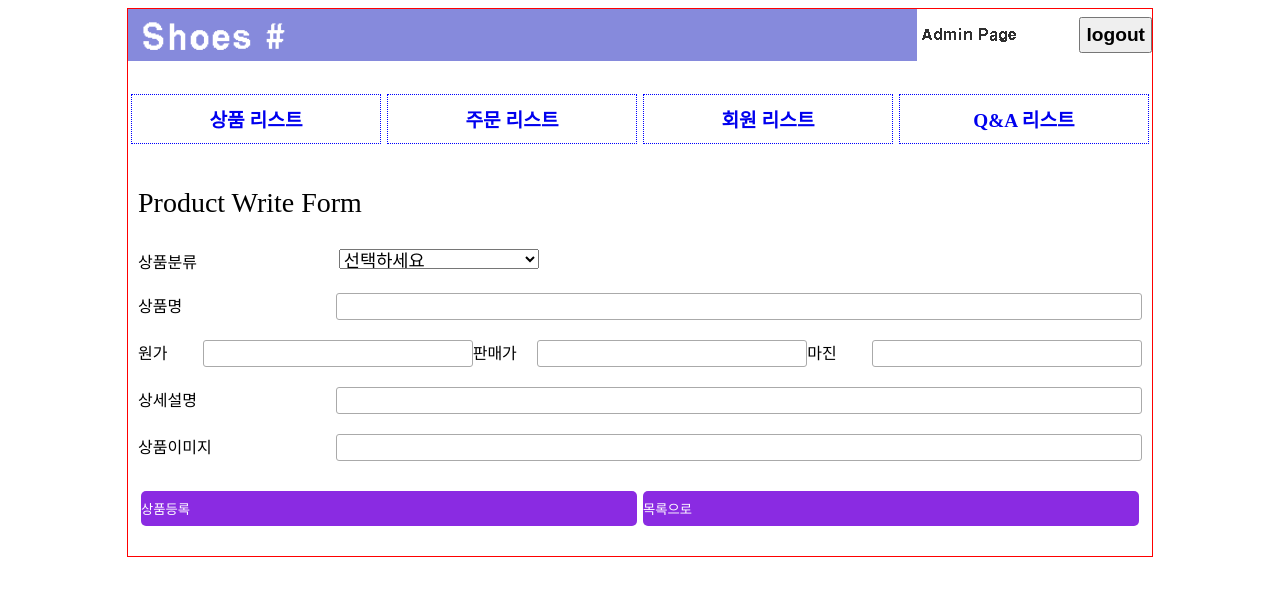
Repository: kkm41/SQL
Page: http://localhost/WEB12_ShoesShop/admin/product/productWrite.jsp
These files come from the project's save history. The page is drawn as it stood at one moment and after the next save; the edit follows.
The browser window is 1280 px wide. The pictures show the whole page.
The page is served by Tomcat 10. Other server files are loaded and not shown. The template is opened directly, without the code that normally fills it, so the values that code supplies are empty.

Above is the page before, as saved 2024-05-23 07:36:53.

### workspace/WEB12_ShoesShop/src/main/webapp/admin/product/productWrite.jsp
<%@ page language="java" contentType="text/html; charset=UTF-8"
    pageEncoding="UTF-8"%>
<%@include file="/admin/header.jsp" %>
<%@include file="/admin/sub_menu.jsp" %>

<article>
	<form>
		<h2>Product Write Form</h2>
					<div class="field">
						<label>상품분류</label>
						<div>
							<select name="kind" style="width:200px; height:20px; font-size:110%;">
								<option value="">선택하세요</option>
								<c:forEach items="${kindList}" var="kind" varStatus="status">
								<option value="${status.count}">${kind}</option>
								</c:forEach>
							</select>
						</div>
					</div>
					<div class="field">
						<label>상품명</label>
						<input type="text" name=""/>
					</div>
					<div class="field">
						<label>원가</label>
						<input type="text" name=""/>
						<label>판매가</label>
						<input type="text" name=""/>
						<label>마진</label>
						<input type="text" name=""/>
					</div>
					<div class="field">
					<label>상세설명</label>
						<input type="text" name=""/>
					</div>
					<div class="field">
					<label>상품이미지</label>
						<input type="text" name=""/>
					</div>
					<div class="btn">
						<input type="btn" type="button" value="상품등록" onClick="go_save()">
						<input type="btn" type="button" value="목록으로"
						onClick="location.href='shop.do?command=adminProductList'">

					</div>
		</form>
</article>

### workspace/WEB12_ShoesShop/src/main/webapp/admin/header.jsp
<%@ page language="java" contentType="text/html; charset=UTF-8"
    pageEncoding="UTF-8"%>
<%@taglib prefix="c" uri="http://java.sun.com/jsp/jstl/core"%>
<%@taglib prefix="fmt" uri="http://java.sun.com/jsp/jstl/fmt"%>
<!DOCTYPE html>
<html>
<head>
<meta charset="UTF-8">
<title>Insert title here</title>
<link rel="stylesheet" href="admin/css/admin.css">
<script src="admin/script/admin.js"></script>
</head>
<body>

<div id="wrap">
	<header>
		<div id="logo">
			<img style="width:800px" src="admin/images/bar_01.gif">
			<img src="admin/images/text.gif">
			<input class="btn" type="button" value="logout" style="float:right;"
				onClick="location.href='shop.do?command=adminLogout'">
		</div>
	</header>

### workspace/WEB12_ShoesShop/src/main/webapp/admin/sub_menu.jsp
<%@ page language="java" contentType="text/html; charset=UTF-8"
    pageEncoding="UTF-8"%>
<meta charset="UTF-8">

<nav id="sub_menu">
	<div><a href="shop.do?command=adminProductList">상품 리스트</a></div>
	<div><a href="shop.do?command=adminOrderList">주문 리스트</a></div>
	<div><a href="shop.do?command=adminMemberList">회원 리스트</a></div>
	<div><a href="shop.do?command=adminQnaList">Q&A 리스트</a></div>
</nav>

### workspace/WEB12_ShoesShop/src/main/webapp/admin/css/admin.css
@charset "UTF-8";


#wrap{width:100%; max-width:1024px; margin: 0 auto; border:1px solid red;
display:flex; flex-direction:column;}

a{text-decoration:none;}

article{
   /*border:2px solid dimgray;
   margin:2px;*/
   flex:4;
   display: flex;

}

article form{
   flex:1;
   /*border:2px solid red;
   margin:2px;*/
   display: flex;
   flex-direction: column;
}

article form h2{
   margin:0;
   margin-bottom:20px;
   font-weight: normal;
   font-size: 28px;
}

article form{padding:10px;}

article form .field{
   display: flex;
   margin:10px 0;
}
article form .field label{
   flex:1;
}
article form .field input{
   flex:4;
   padding: 5px;
    border-radius: 3px;
    border: 1px solid #AAA;
}

article form .field div{
   flex:4;
   display: flex;
}
article form .field div input[type=text]{
   flex:4;
}
article form .field div input[type=button]{
   flex:1;
}






article form .btn{
   flex:1;
   display: flex;
   margin:10px 0;
}
article form .btn input{
   flex:1;
   margin:10px 3px;
   background-color: blueviolet;
   border:none;
   color:white;
   border-radius: 5px;
   padding:10px 0;
}


header{width:100%; margin-bottom:30px;}
#logo{width:100%; display:flex; justify-content:space-between; align-items:center;}
#logo img{vertical-align:middle;}
#logo input{padding:5px; font-weight:bold; font-size:120%;}

#sub_menu{display:flex; justify-content:space-between; align-items:center; margin-bottom:30px;}
#sub_menu div{flex:1; text-align:center; padding:10px; border:1px dotted blue; margin:3px;}
#sub_menu div a{font-size:120%; font-weight:bold; text-decoration:none;}

.tb{width:100%; display:flex; flex-direction:column; margin-bottom:30px;}
.row{display:flex;}
.coltitle{background:blueviolet; margin:1px; padding:10px; color:white; text-align:center;}
.col{flex:1; border:1px dotted blueviolet; margin:1px; padding:10px; text-align:center;}

.coltitle:nth-child(1), .col:nth-child(1){flex:1;}
.coltitle:nth-child(2), .col:nth-child(2){flex:3;}
.coltitle:nth-child(3), .col:nth-child(3){flex:1;}
.coltitle:nth-child(4), .col:nth-child(4){flex:1;}
.col:nth-child(3), .col:nth-child(4){text-align:right;}
.coltitle:nth-child(5), .col:nth-child(5){flex:2;}
.coltitle:nth-child(6), .col:nth-child(6){flex:1;}
footer{width:100%;}
footer div{font-size:110%;}

### workspace/WEB12_ShoesShop/src/main/webapp/admin/script/admin.js
function loginCheck(){
	if(document.loginForm.userid.value==""){
		alert("아이디를 입력하세요");
		document.loginForm.userid.focus();
		return false;
	}else if(document.loginForm.pwd.value==""){
		alert("패스워드를 입력하세요");
		document.loginForm.pwd.focus();
		return false;
	}else{
		return true;
	}


}


function go_search(command){
	var url="shop.do?command=" + command + "&page=1";
	document.frm.action = url;
	document.frm.submit();


}

function go_detail(pseq){
	location.href="shop.do?command=adminProductDetail&pseq=" + pseq;
}
function go_wrt(){


}

After the next save:
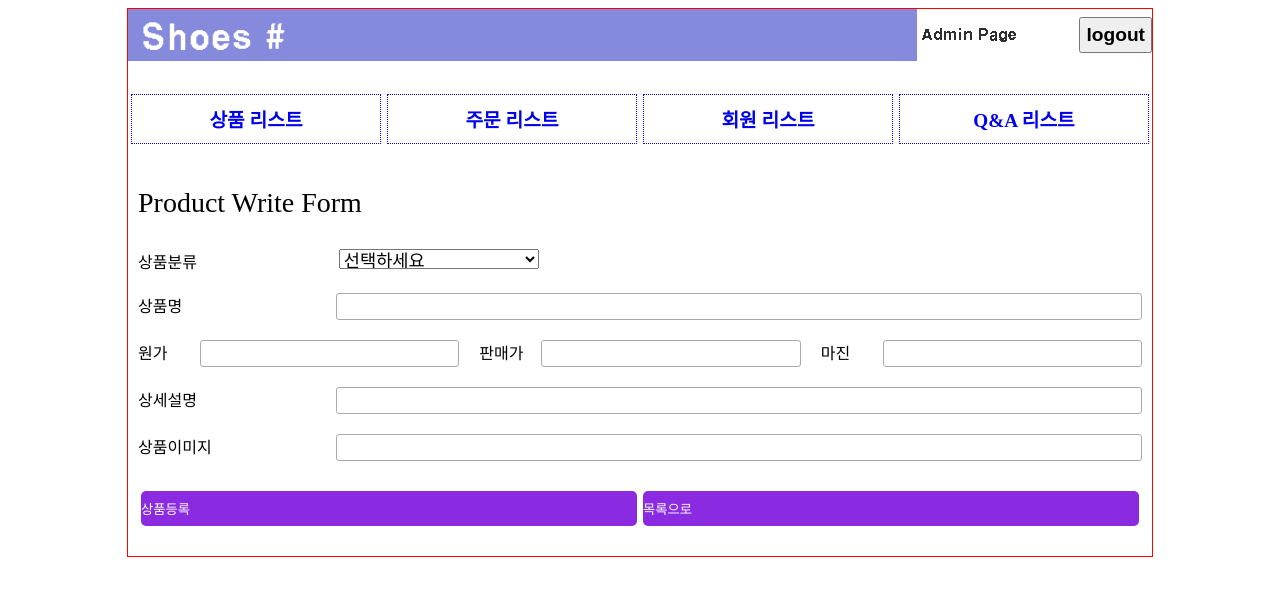
Saved 109 s later.
--- a/workspace/WEB12_ShoesShop/src/main/webapp/admin/product/productWrite.jsp
+++ b/workspace/WEB12_ShoesShop/src/main/webapp/admin/product/productWrite.jsp
@@ -23,9 +23,9 @@
 					</div>
 					<div class="field">
 						<label>원가</label>
-						<input type="text" name=""/>
+						<input type="text" name="" style="margin-right:20px; onKeyup="cals();"/>
 						<label>판매가</label>
-						<input type="text" name=""/>
+						<input type="text" name="" style="margin-right:20px; onKeyup="cals();"//>
 						<label>마진</label>
 						<input type="text" name=""/>
 					</div>
